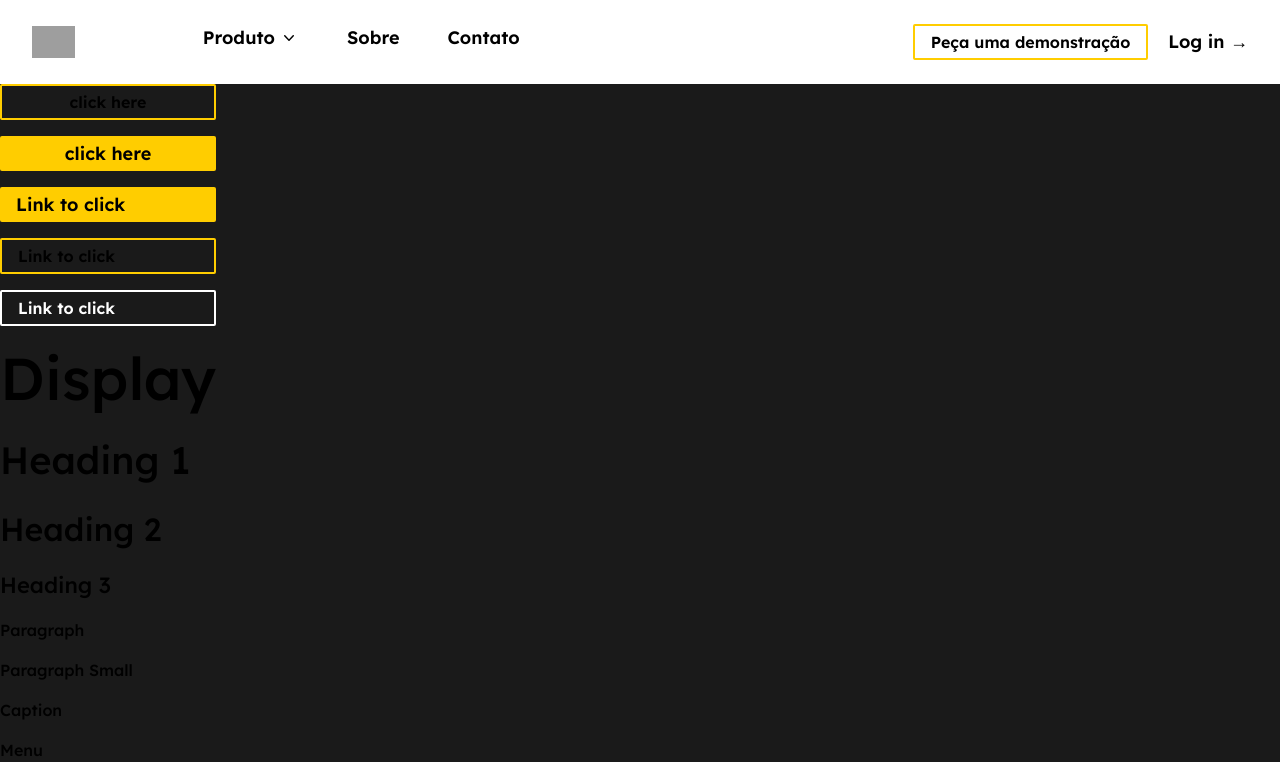
Repository: VereAbsolutum/site-institucional
Page: /
An editor plug-in stored every save of this project. The page is shown before and after the next save, followed by the edit.
The browser window is 1280 px wide. The pictures show the whole page.
Pictures or frames that could not be fetched are drawn as grey boxes. The project was rebuilt for these pictures with package versions that can differ from the ones it lists, and the page was loaded fresh each time. Also part of the build but not shown: vite.config.ts, src/presentation/pages/not-found/notFound.tsx.

Above is the page before, as saved 2023-04-13 12:29:16.

After the next save:
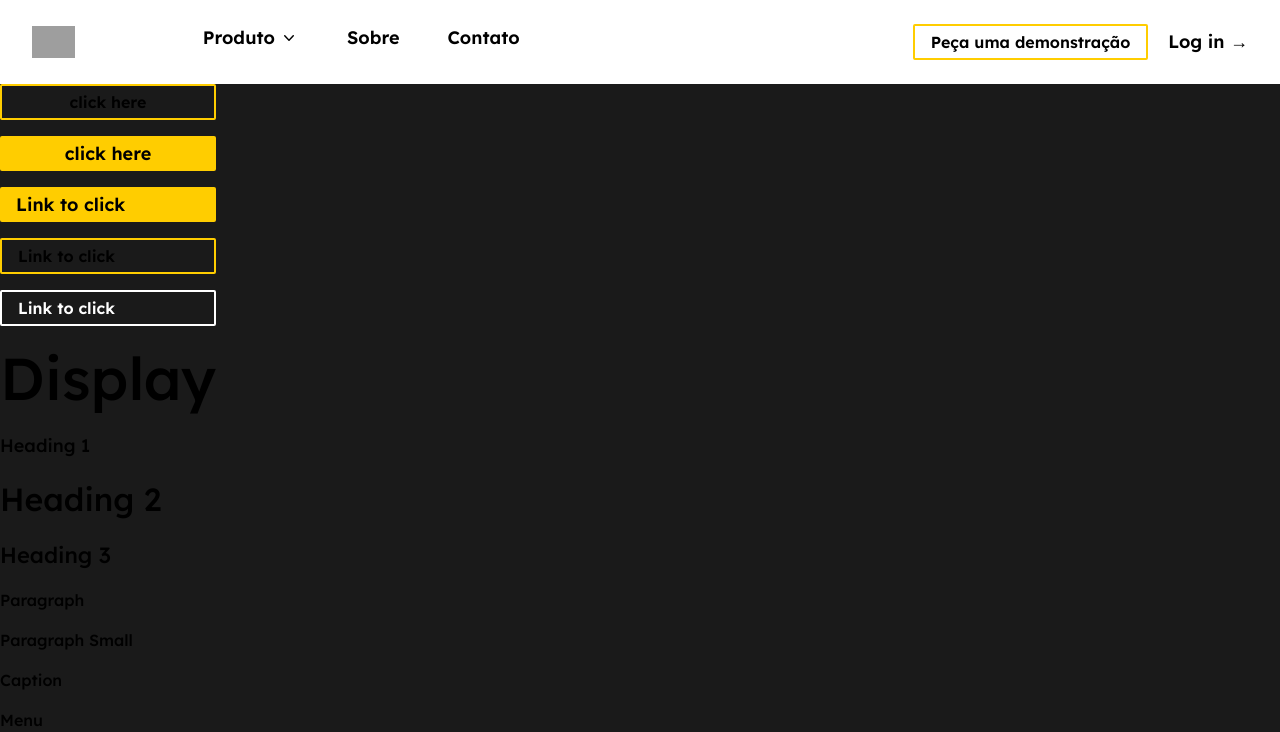
Saved 21 s later.
--- a/src/presentation/components/typography/heading1.tsx
+++ b/src/presentation/components/typography/heading1.tsx
@@ -3,7 +3,7 @@
 import { TextBaseProps } from './text-base';
 
 const textHeading1: React.FC<TextBaseProps> = ({ children, className, ...rest }) => {
-    const baseClasses = 'text-2xl ont-semibold';
+    const baseClasses = 'text-lg ont-semibold';
 
     return (
         <TextBase className={baseClasses}>

After the save that followed:
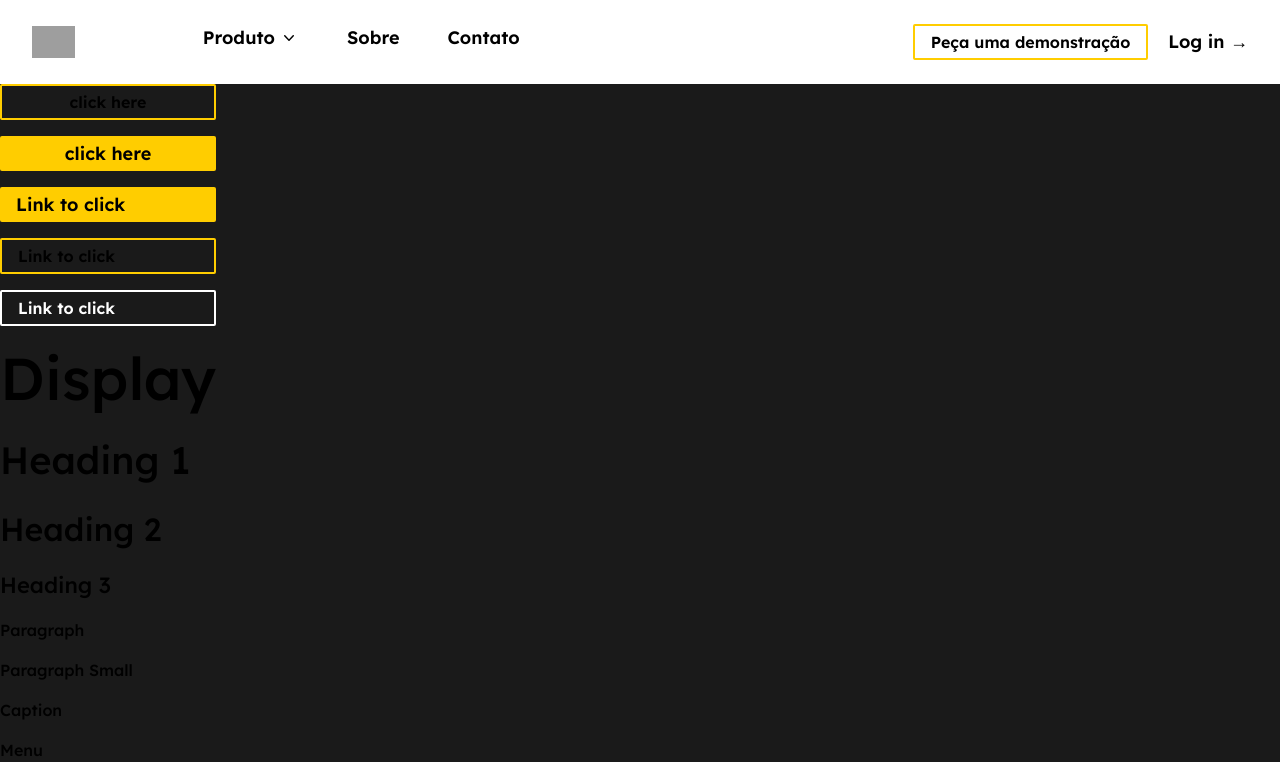
Saved 25 s later.
--- a/src/presentation/components/typography/heading1.tsx
+++ b/src/presentation/components/typography/heading1.tsx
@@ -3,7 +3,7 @@
 import { TextBaseProps } from './text-base';
 
 const textHeading1: React.FC<TextBaseProps> = ({ children, className, ...rest }) => {
-    const baseClasses = 'text-lg ont-semibold';
+    const baseClasses = 'text-2xl ont-semibold';
 
     return (
         <TextBase className={baseClasses}>
